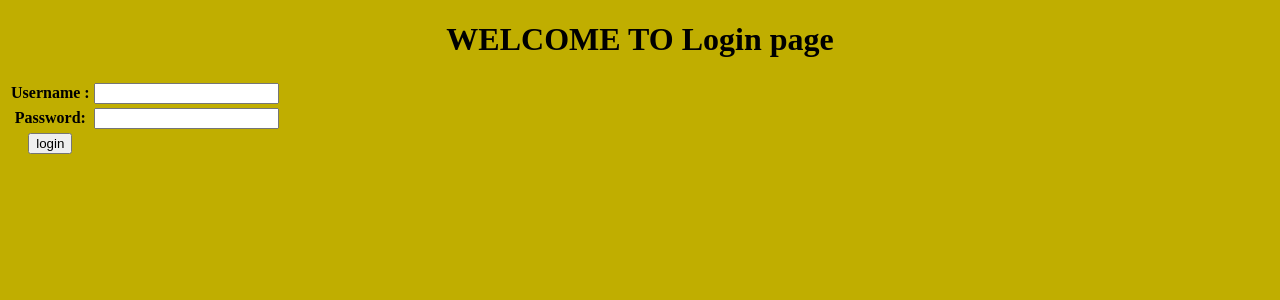
Repository: talkgunish/JAVA-WORLD
Page: advance_java/my_eclipse_java_proj/cookie_session/Filter/WebContent/login.html
These files come from the project's save history. The page is drawn as it stood at one moment and after the next save; the edit follows.
The browser window is 1280 px wide. The pictures show the whole page.

Above is the page before, as saved 2018-06-21 09:04:15.

After the next save:
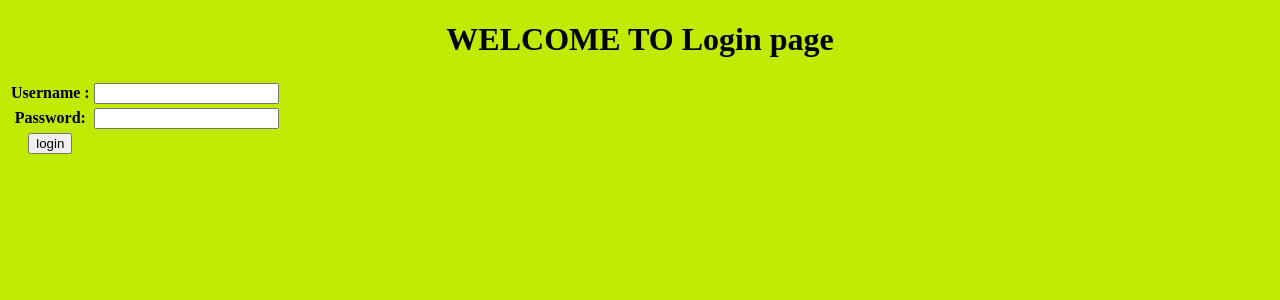
Saved 6 s later.
--- a/advance_java/my_eclipse_java_proj/cookie_session/Filter/WebContent/login.html
+++ b/advance_java/my_eclipse_java_proj/cookie_session/Filter/WebContent/login.html
@@ -4,7 +4,7 @@
 <meta charset="ISO-8859-1">
 <title>Insert title here</title>
 </head>
-<body bgcolor='craem' align='center'>
+<body bgcolor='cream' align='center'>
 <form action='login' method='post'>
 
 <h1>WELCOME TO Login page</h1>
